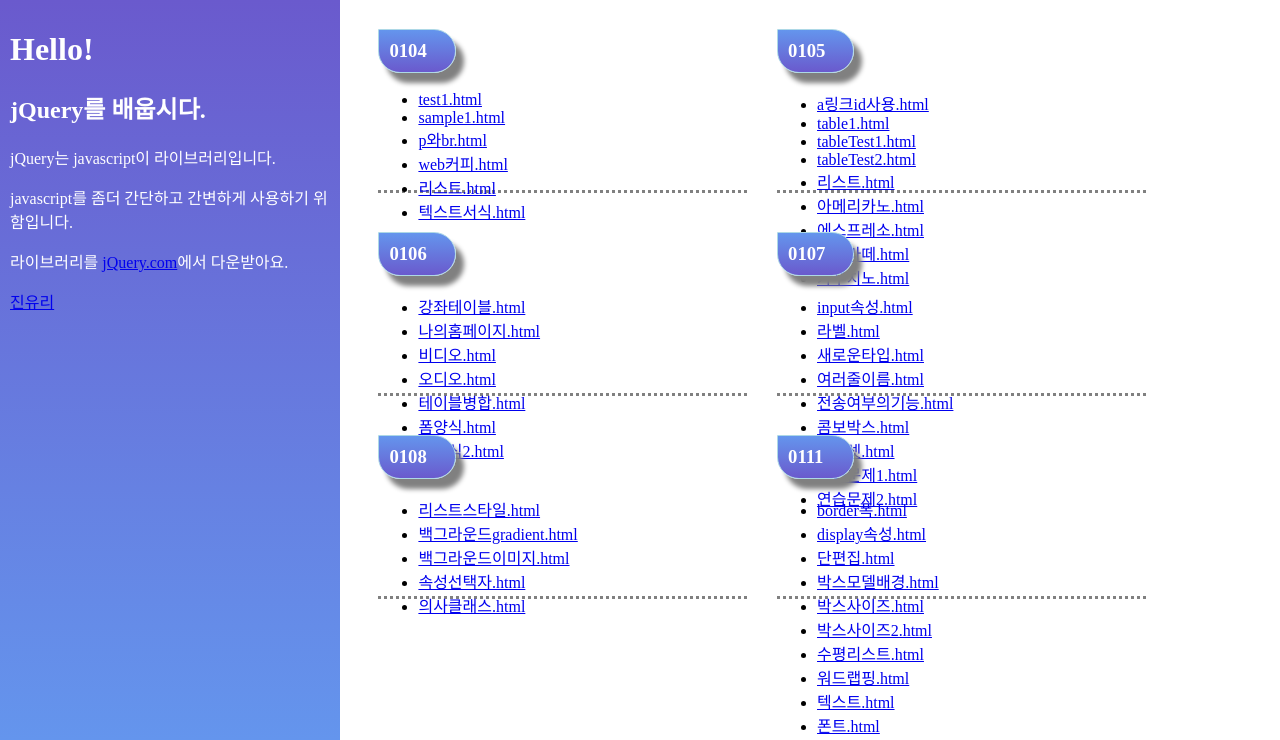
Repository: yul3220/WebProgrammingLecture
Page: webpro/WebContent/WebContent/index.html
An editor plug-in stored every save of this project. The page is shown before and after the next save, followed by the edit.
The browser window is 1280 px wide. The pictures show the whole page.

Above is the page before, as saved 2021-01-11 03:49:39.

### webpro/WebContent/WebContent/index.html
<!DOCTYPE html>
<html>
<head>
<meta charset="UTF-8">
<title>Insert title here</title>
<style>
html, body{
	margin : 0;
	padding : 0;
	height : 100%;
}
body>div{
	padding : 10px;
	height : 100%;
	float : left;
	overflow : auto;
}
#left{
	background:linear-gradient(to bottom, SlateBlue, CornflowerBlue);
	width : 25%;
	color : white;
	height :100%;
	position:fixed;
}
#right{
	float : right;
	width : 72%;
	height :100%;
}
#right .dd{
	width : calc(80% / 2);
	height : 25%;
	float : left;
	margin-left: 30px;
	margin-bottom : 20px;
	border-bottom : 3px dotted gray;
}
div h3{
	width : 15%;
	border : 1px solid lightblue;
	padding : 10px;
	border-radius : 0px 200px 200px 200px;
	color:white;
	background:linear-gradient(to bottom, CornflowerBlue, SlateBlue);
	box-shadow: 8px 10px 5px gray;
}
</style>
</head>
<body>
<div id="left">
  <h1>Hello!</h1>
  <h2>jQuery를 배웁시다.</h2>
  <p>jQuery는 javascript이 라이브러리입니다.</p>
  <p>javascript를 좀더 간단하고 간변하게 사용하기 위함입니다.</p>
  <p>라이브러리를 <a href="https://jquery.com/">jQuery.com</a>에서 다운받아요.</p>
  <a href="http://192.168.0.95/webpro">진유리</a>
</div>

<div id="right">
	<div class="dd">
	  <h3>0104</h3>
		<ul>
		 <li><a href="./2021-01-04/test1.html">test1.html</a></li>
		 <li><a href="./2021-01-04/sample1.html">sample1.html</a></li>
		 <li><a href="./2021-01-04/p와br.html">p와br.html</a></li>
		 <li><a href="./2021-01-04/web커피.html">web커피.html</a></li>
		 <li><a href="./2021-01-04/리스트.html">리스트.html</a></li>
		 <li><a href="./2021-01-04/텍스트서식.html">텍스트서식.html</a></li>
		</ul>
	</div>

	<div class="dd">
	  <h3>0105</h3>
		<ul>
		 <li><a href="./2021-01-05/a링크id사용.htmll">a링크id사용.html</a></li>
		 <li><a href="./2021-01-05/table1.html">table1.html</a></li>
		 <li><a href="./2021-01-05/tableTest1.html">tableTest1.html</a></li>
		 <li><a href="./2021-01-05/tableTest2.html">tableTest2.html</a></li>
		 <li><a href="./2021-01-05/리스트.html">리스트.html</a></li>
		 <li><a href="./2021-01-05/아메리카노.html">아메리카노.html</a></li>
		 <li><a href="./2021-01-05/에스프레소.html">에스프레소.html</a></li>
		 <li><a href="./2021-01-05/카페라떼.html">카페라떼.html</a></li>
		 <li><a href="./2021-01-05/카푸치노.html">카푸치노.html</a></li>
		</ul>
	</div>

	<div class="dd">
	  <h3>0106</h3>
		<ul>
		 <li><a href="./2021-01-06/강좌테이블.html">강좌테이블.html</a></li>
		 <li><a href="./2021-01-06/나의홈페이지.html">나의홈페이지.html</a></li>
		 <li><a href="./2021-01-06/비디오.html">비디오.html</a></li>
		 <li><a href="./2021-01-06/오디오.html">오디오.html</a></li>
		 <li><a href="./2021-01-06/테이블병합.html">테이블병합.html</a></li>
		 <li><a href="./2021-01-06/폼양식.html">폼양식.html</a></li>
		 <li><a href="./2021-01-06/폼양식2.html">폼양식2.html</a></li>
		</ul>
	</div>

	<div class="dd">
	  <h3>0107</h3>
		<ul>
		 <li><a href="./2021-01-07/input속성.html">input속성.html</a></li>
		 <li><a href="./2021-01-07/라벨.html">라벨.html</a></li>
		 <li><a href="./2021-01-07/새로운타입.html">새로운타입.html</a></li>
		 <li><a href="./2021-01-07/여러줄이름.html">여러줄이름.html</a></li>
		 <li><a href="./2021-01-07/전송여부의기능.html">전송여부의기능.html</a></li>
		 <li><a href="./2021-01-07/콤보박스.html">콤보박스.html</a></li>
		 <li><a href="./2021-01-07/필드셋.html">필드셋.html</a></li>
		 <li><a href="./2021-01-07/연습문제1.html">연습문제1.html</a></li>
		 <li><a href="./2021-01-07/연습문제2.html">연습문제2.html</a></li>
		</ul>
	</div>


	<div class="dd">
	  <h3>0108</h3>
		<ul>
		 <li><a href="./2021-01-08/리스트스타일.html">리스트스타일.html</a></li>
		 <li><a href="./2021-01-08/백그라운드gradient.html">백그라운드gradient.html</a></li>
		 <li><a href="./2021-01-08/백그라운드이미지.html">백그라운드이미지.html</a></li>
		 <li><a href="./2021-01-08/속성선택자.html">속성선택자.html</a></li>
		 <li><a href="./2021-01-08/의사클래스.html">의사클래스.html</a></li>
		</ul>
	</div>

	<div class="dd">
	  <h3>0111</h3>
		<ul>
		 <li><a href="./2021-01-11/border폭.html">border폭.html</a></li>
		 <li><a href="./2021-01-11/display속성.html">display속성.html</a></li>
		 <li><a href="./2021-01-11/단편집.html">단편집.html</a></li>
		 <li><a href="./2021-01-11/박스모델배경.html">박스모델배경.html</a></li>
		 <li><a href="./2021-01-11/박스사이즈.html">박스사이즈.html</a></li>
		 <li><a href="./2021-01-11/박스사이즈2.html">박스사이즈2.html</a></li>
		 <li><a href="./2021-01-11/수평리스트.html">수평리스트.html</a></li>
		 <li><a href="./2021-01-11/워드랩핑.html">워드랩핑.html</a></li>
		 <li><a href="./2021-01-11/텍스트.html">텍스트.html</a></li>
		 <li><a href="./2021-01-11/폰트.html">폰트.html</a></li>
		</ul>
	</div>
</div>
</body>
</html>

After the next save:
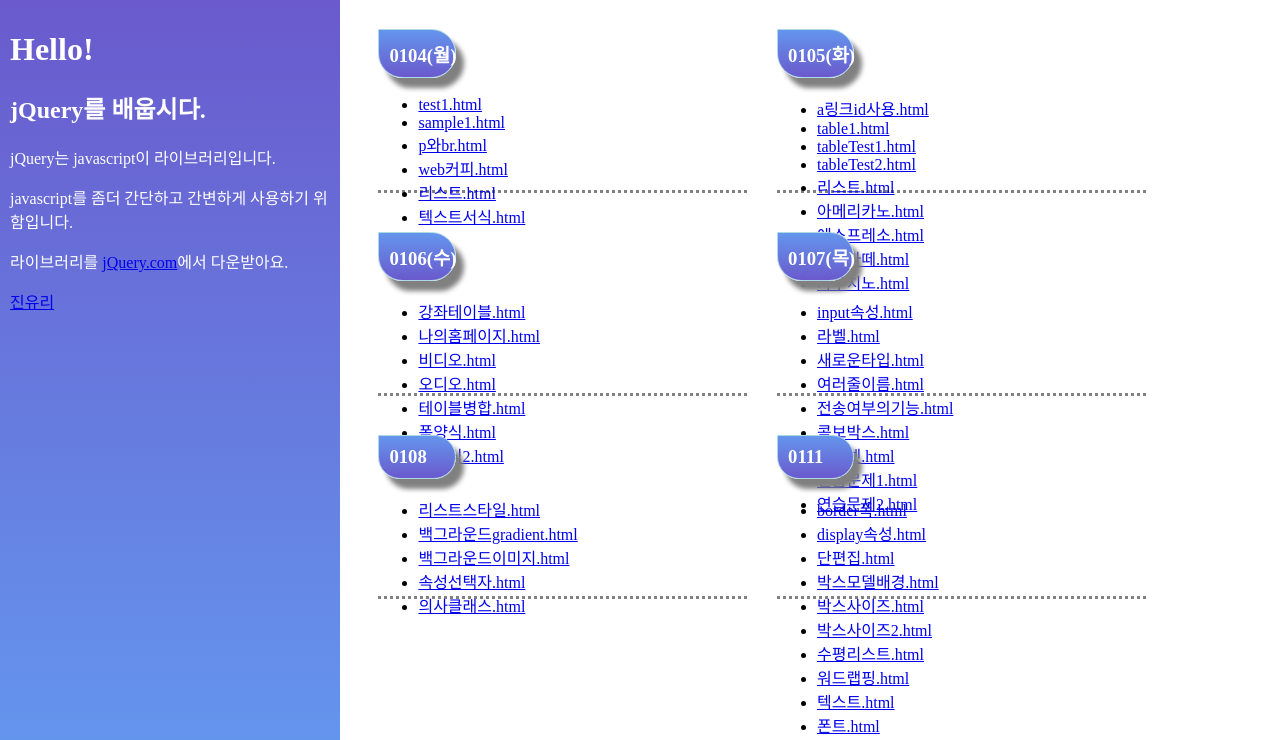
Saved 41 min 9 s later.
--- a/webpro/WebContent/WebContent/index.html
+++ b/webpro/WebContent/WebContent/index.html
@@ -58,7 +58,7 @@ div h3{
 
 <div id="right">
 	<div class="dd">
-	  <h3>0104</h3>
+	  <h3>0104(월)</h3>
 		<ul>
 		 <li><a href="./2021-01-04/test1.html">test1.html</a></li>
 		 <li><a href="./2021-01-04/sample1.html">sample1.html</a></li>
@@ -70,7 +70,7 @@ div h3{
 	</div>
 
 	<div class="dd">
-	  <h3>0105</h3>
+	  <h3>0105(화)</h3>
 		<ul>
 		 <li><a href="./2021-01-05/a링크id사용.htmll">a링크id사용.html</a></li>
 		 <li><a href="./2021-01-05/table1.html">table1.html</a></li>
@@ -85,7 +85,7 @@ div h3{
 	</div>
 
 	<div class="dd">
-	  <h3>0106</h3>
+	  <h3>0106(수)</h3>
 		<ul>
 		 <li><a href="./2021-01-06/강좌테이블.html">강좌테이블.html</a></li>
 		 <li><a href="./2021-01-06/나의홈페이지.html">나의홈페이지.html</a></li>
@@ -98,7 +98,7 @@ div h3{
 	</div>
 
 	<div class="dd">
-	  <h3>0107</h3>
+	  <h3>0107(목)</h3>
 		<ul>
 		 <li><a href="./2021-01-07/input속성.html">input속성.html</a></li>
 		 <li><a href="./2021-01-07/라벨.html">라벨.html</a></li>
